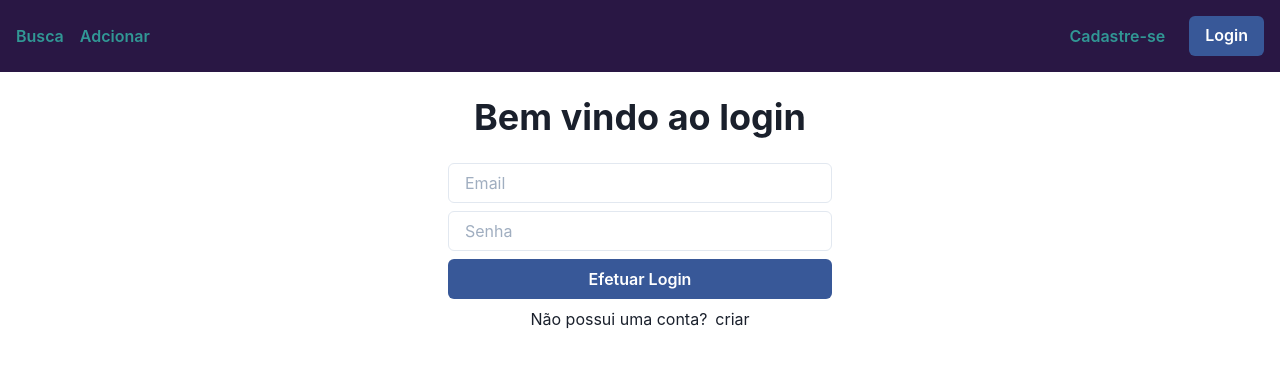
Repository: thislucasme/front-end-cats-react.js
Page: /login
An editor plug-in stored every save of this project. The page is shown before and after the next save, followed by the edit.
The browser window is 1280 px wide. The pictures show the whole page.
The project was rebuilt for these pictures with package versions that can differ from the ones it lists, and the page was loaded fresh each time. Also part of the build but not shown: src/components/lista.gatos.tsx, src/pages/cadastro.gatos.tsx, src/hooks/gato.hooks.ts, src/pages/busca.gatos.tsx, src/pages/casdastro.tsx.

Above is the page before, as saved 2021-10-28 15:11:12.

After the next save:
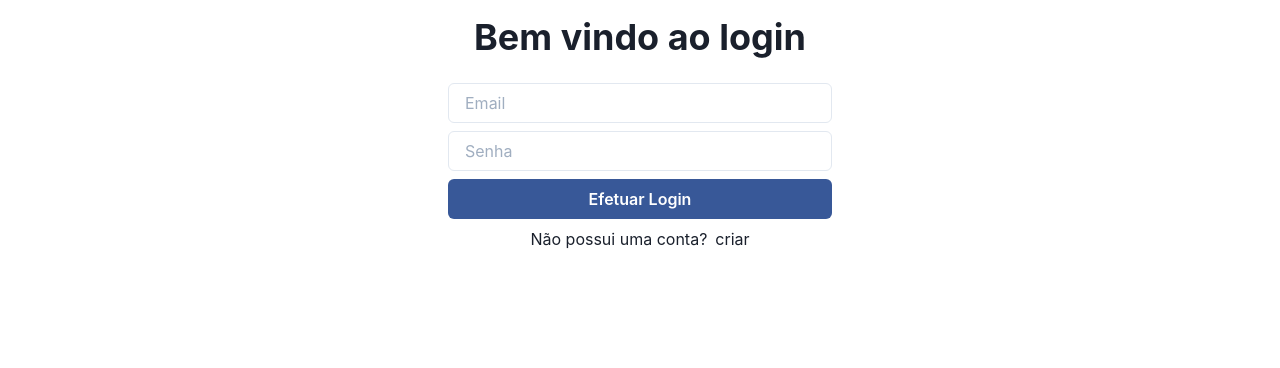
Saved 3 min 34 s later.
--- a/src/pages/login.tsx
+++ b/src/pages/login.tsx
@@ -6,7 +6,7 @@ export const Login = () => {
 	return (
 		<Center>
 			<VStack w="full">
-				<Menu />
+
 				<VStack w="30%">
 					<Heading my={4}>Bem vindo ao login</Heading>
 					<Input placeholder="Email" />
